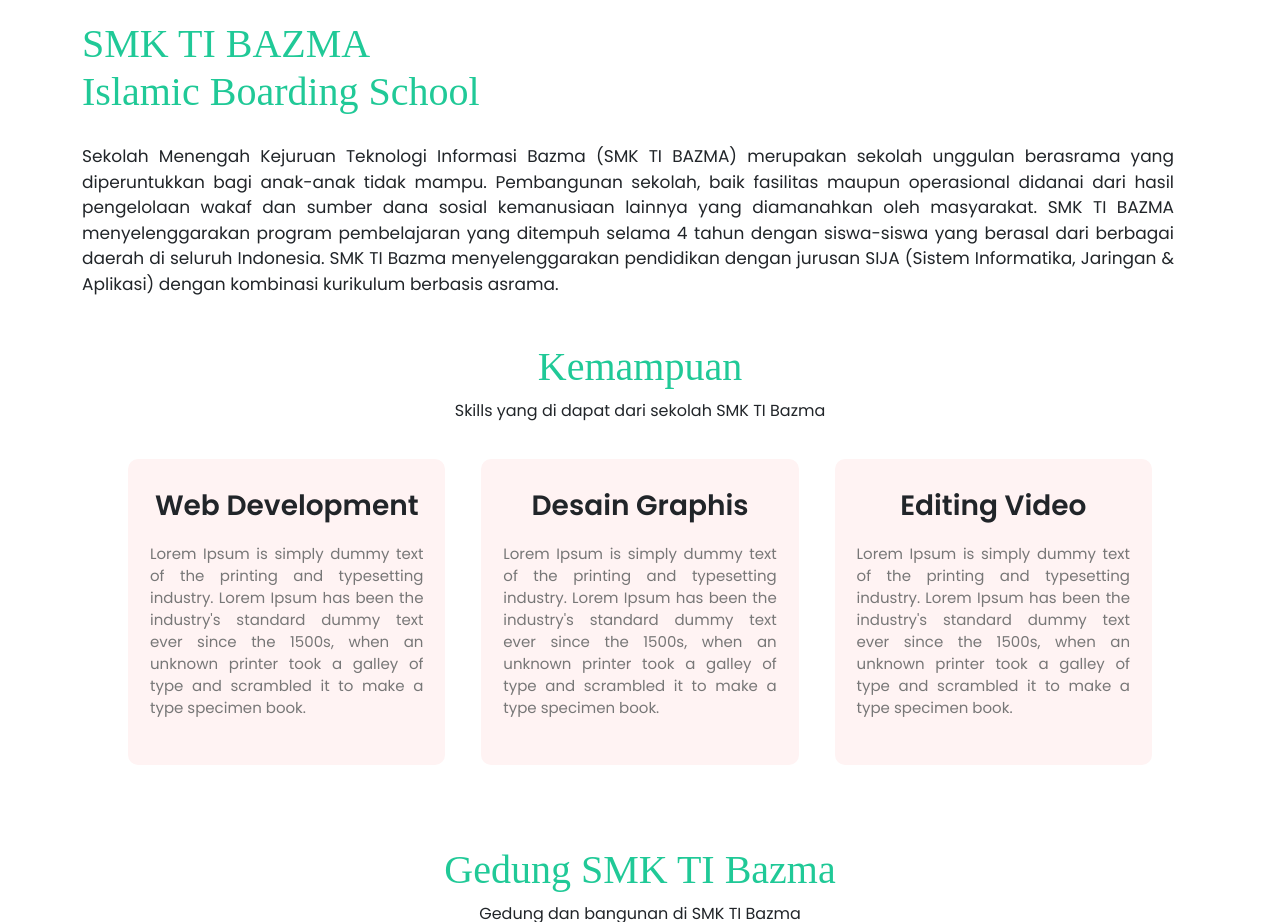
Repository: farhannurrahmat/Landing-Page-School
Page: index.html
An editor plug-in stored every save of this project. The page is shown before and after the next save, followed by the edit.
The browser window is 1280 px wide. The pictures show the part of the page from y = 720 to 1642 px (the page is 4147 px tall).
A picture or video elsewhere on the page could not be fetched, so the positions and the page height are approximate.

Above is the page before, as saved 2024-01-31 08:50:52.

After the next save:
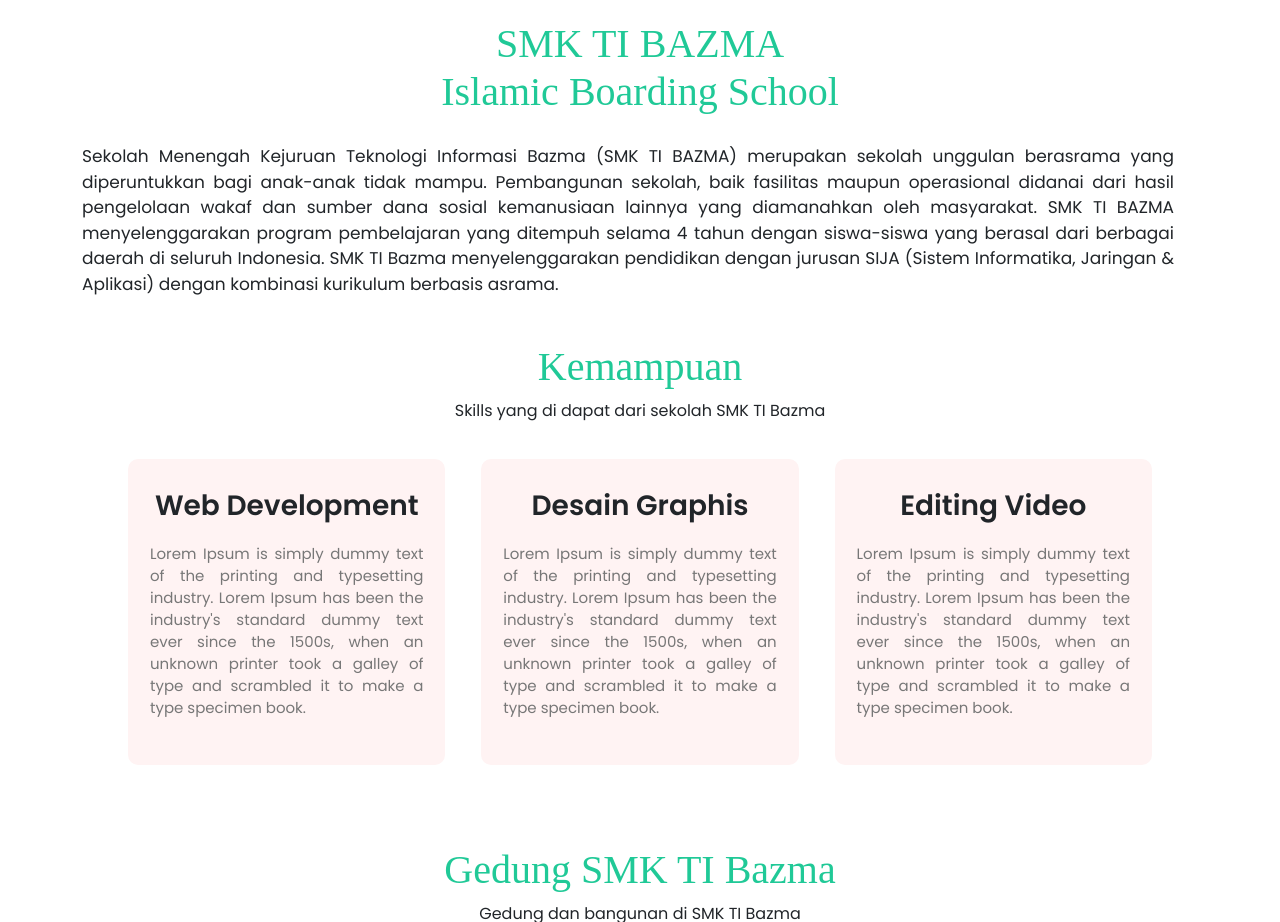
Saved 7 s later.
--- a/index.html
+++ b/index.html
@@ -40,7 +40,7 @@
   <div class="container">
     <div class="row ">
       <div class="col">
-        <h1 class="text-justify">SMK TI BAZMA<br>Islamic Boarding School</h1>
+        <h1 class="text-center">SMK TI BAZMA<br>Islamic Boarding School</h1>
       </div>
       <div class="row">
         <div class="col ">
